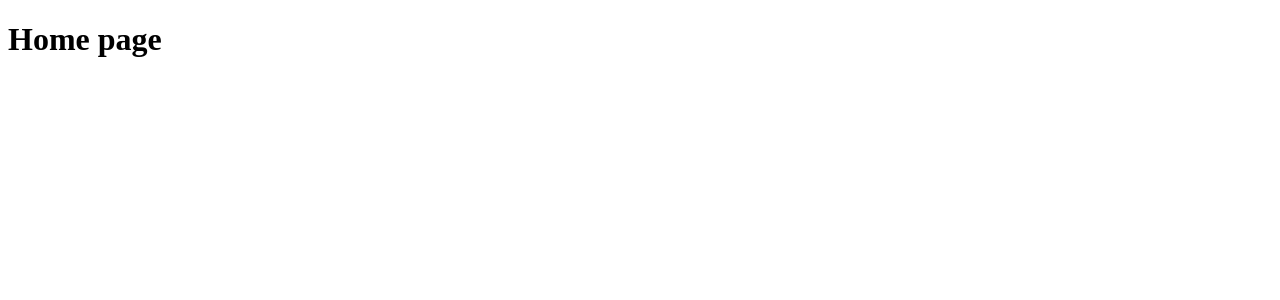
Repository: Mohitkumar1322/URL-Shortner
Page: http://localhost/test
The author's editor kept a copy of each file at every save. The page is drawn from the files as they stood at one save, then again after the next save.
The browser window is 1280 px wide. The pictures show the whole page.
The page is served by the project's Node server (index.js). Other server files are loaded and not shown. Queries for data that is not in the repository find no rows.

Above is the page before, as saved 2024-07-14 21:02:00.

### views/home.ejs
<!DOCTYPE html>
<html lang="en">
<head>
    <style>
        body{
            font-family: 'Segoe UI', Tahoma, Geneva, Verdana, sans-serif,

        }
    </style>
    <meta charset="UTF-8">
    <meta name="viewport" content="width=device-width, initial-scale=1.0">
    <title>Document</title>
</head>
<body>

    <h1>
        Home page
    </h1>


</body>
</html>

### index.js
const express = require('express');
const path = require('path');

const { connectToMongoDB } = require('./connect');
const urlRoute = require('./routes/url');
const { connect } = require('mongoose');
const URL = require('./models/url');
const staticRouter = require('./routes/staticRouter');
const app = express();
const PORT = 8001;

connectToMongoDB('mongodb+srv://mohitkum1352:15364164@urlshortner.xh4pdly.mongodb.net/')
.then(() => console.log('Connected to MongoDB'))
.catch((err) => console.error(err));

app.set("view engine", "ejs");
app.set('views', path.resolve("views"));


app.use(express.json());

app.use("/",staticRouter);



app.get("/test",async(req,res)=>{
    const allUrls = await URL.find({});
    return res.render('home',{
        urls: allUrls,
    });



});
app.use("/url", urlRoute);



app.get('/:shortId', async (req, res) => {
    const shortId = req.params.shortId;
    const entry = await URL.findOneAndUpdate({
        shortId
    },{$push: {
        visitHistory: {timestamp: Date.now()}
    }});
    res.redirect(entry.redirectURL);

    });


app.listen(PORT, () => console.log(`Server is running on port ${PORT}`));

### connect.js
const mongoose = require('mongoose');
mongoose.set('strictQuery', true);

async function connectToMongoDB(url) {
    return mongoose.connect(url);
}

module.exports = {
    connectToMongoDB,
};

After the next save:
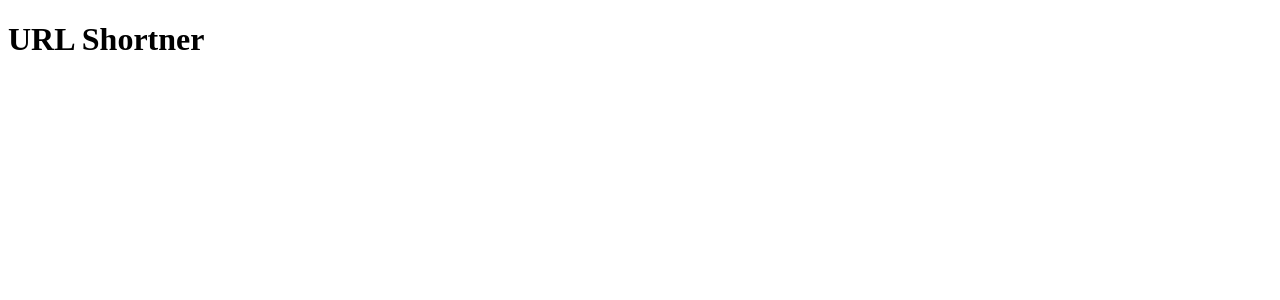
Saved 21 s later.
--- a/views/home.ejs
+++ b/views/home.ejs
@@ -14,7 +14,7 @@
 <body>
 
     <h1>
-        Home page
+       URL Shortner
     </h1>
 
 
